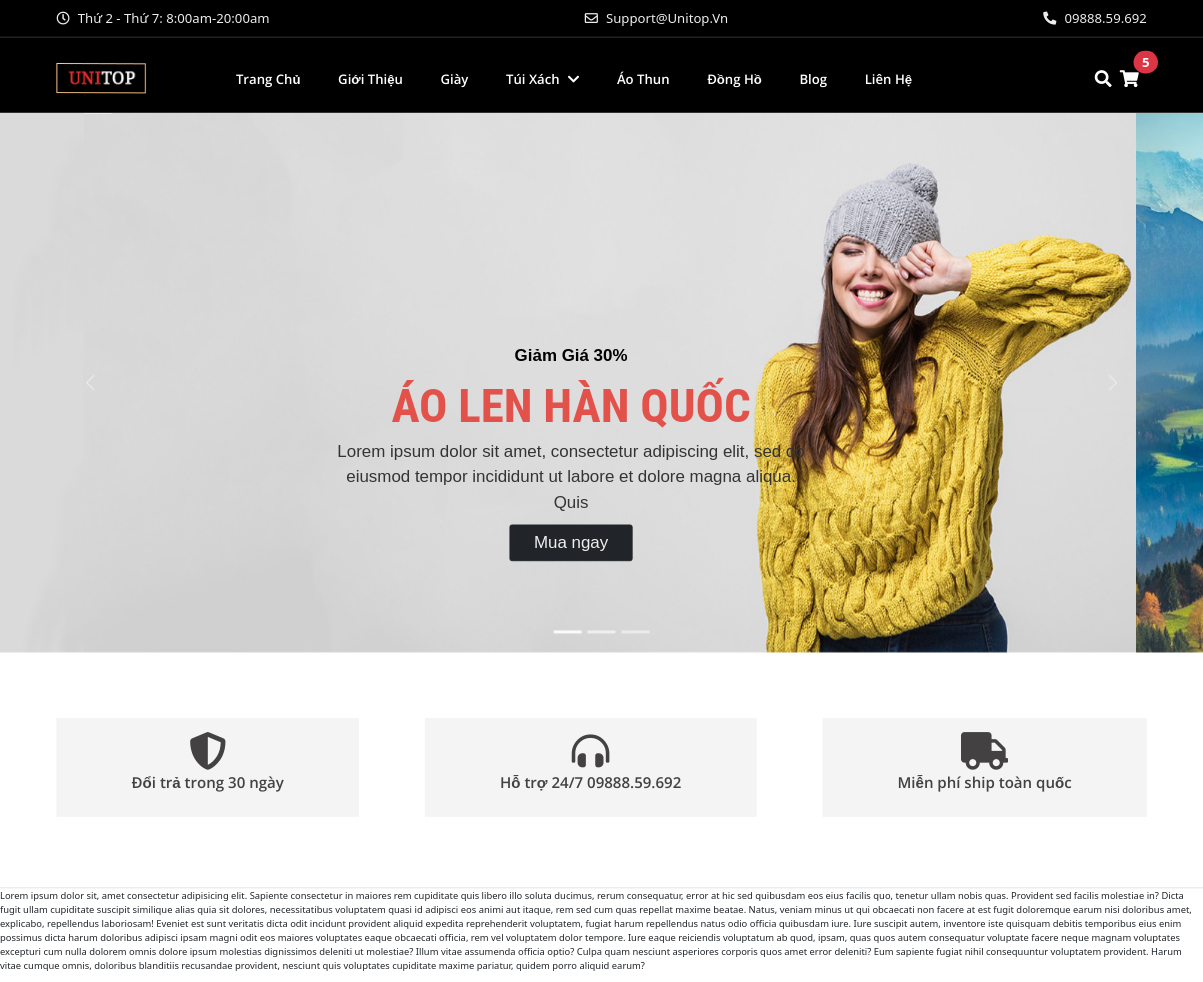
Repository: vinhtk0209/clothes-shop
Page: index.html
The author's editor kept a copy of each file at every save. The page is drawn from the files as they stood at one save, then again after the next save.
The browser window is 1280 px wide. The pictures show the whole page, at 94% of full size.

Above is the page before, as saved 2021-10-04 17:34:56.

After the next save:
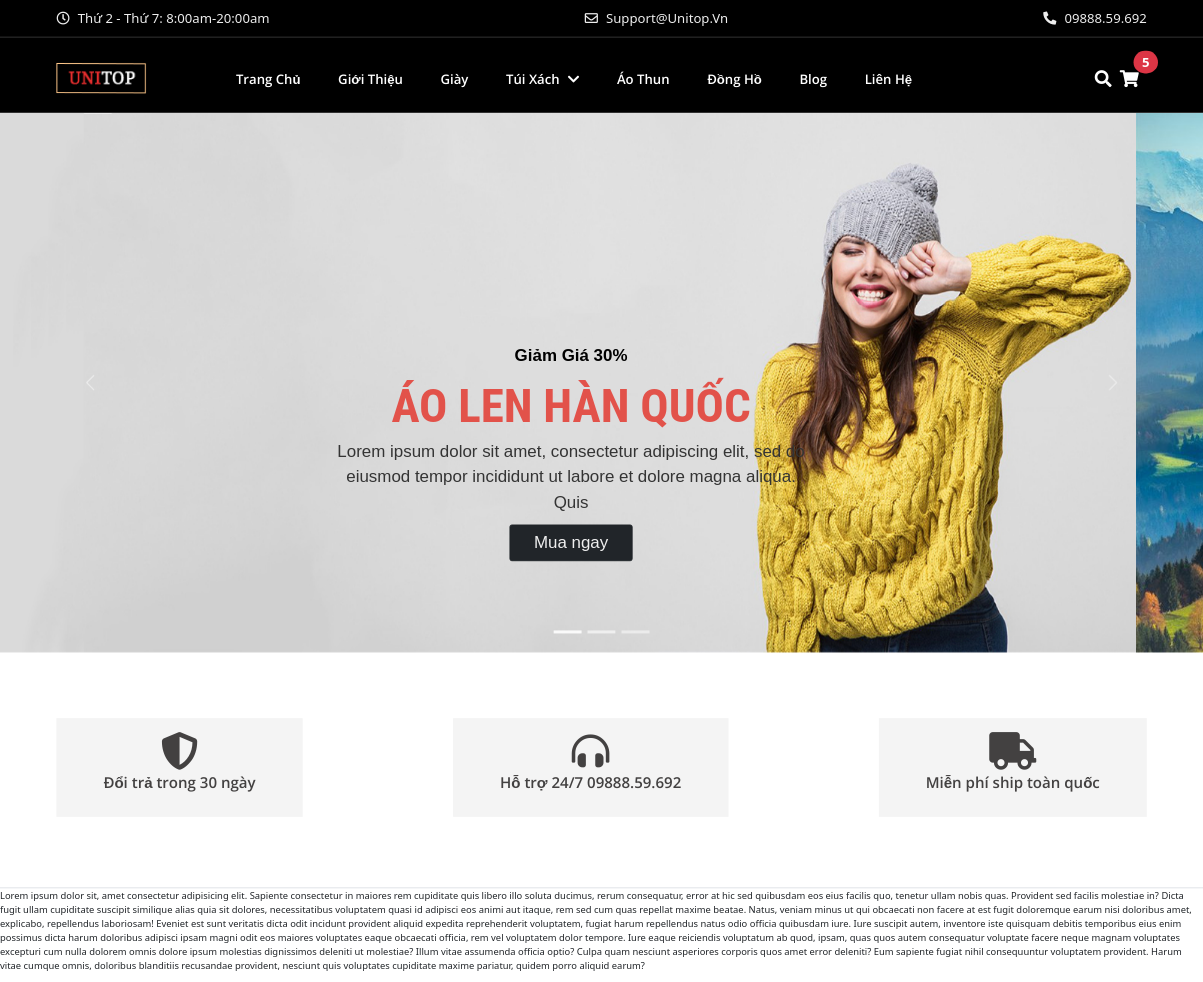
Saved 27 s later.
--- a/assets/css/main.css
+++ b/assets/css/main.css
@@ -159,7 +159,7 @@
 }
 .box-offer{
     background-color: #f4f4f4;
-    padding:  15px  80px  25px  ;
+    padding:  15px  50px  25px  ;
     font-size: 1.6rem;
     color:#434141;
     font-weight: 600;

After the save that followed:
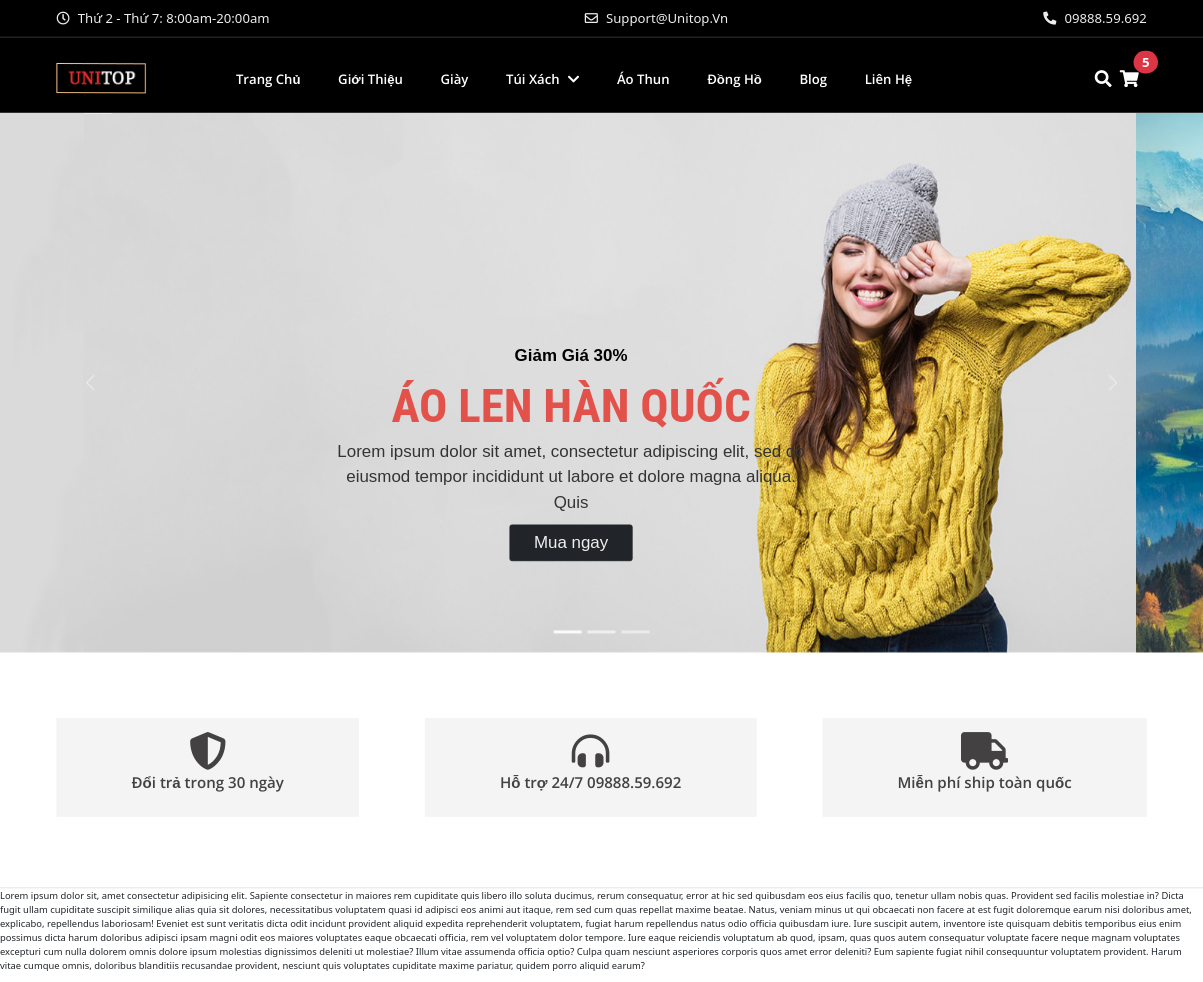
Saved 4 s later.
--- a/assets/css/main.css
+++ b/assets/css/main.css
@@ -159,7 +159,7 @@
 }
 .box-offer{
     background-color: #f4f4f4;
-    padding:  15px  50px  25px  ;
+    padding:  15px  80px  25px  ;
     font-size: 1.6rem;
     color:#434141;
     font-weight: 600;
